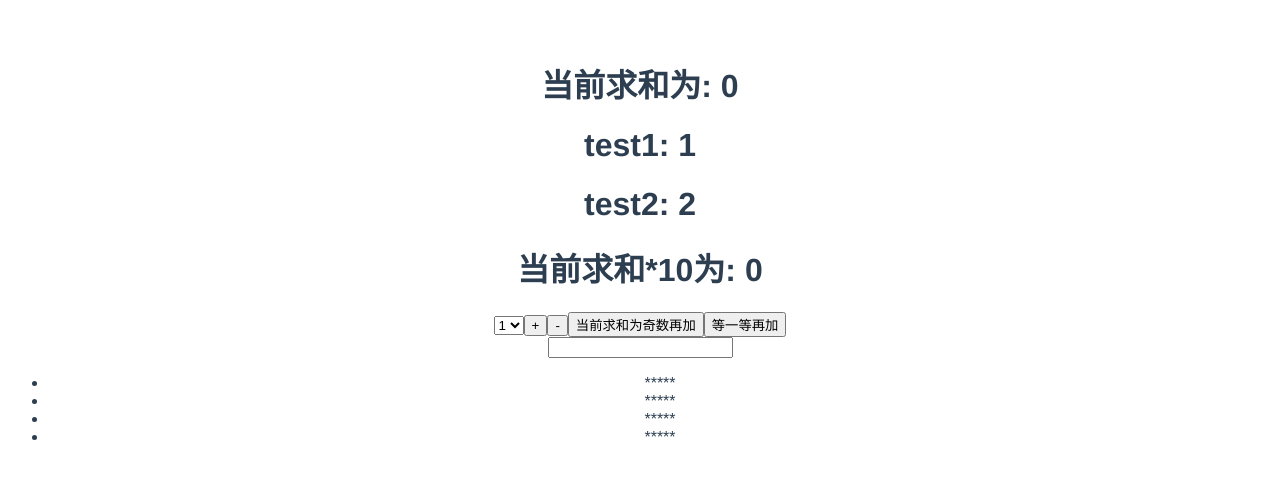
Repository: 319226862/wyy
Page: /#/home/news (app in test/)
The author's editor kept a copy of each file at every save. The page is drawn from the files as they stood at one save, then again after the next save.
The browser window is 1280 px wide. The pictures show the whole page.
The project was rebuilt for these pictures with package versions that can differ from the ones it lists, and the page was loaded fresh each time. Also part of the build but not shown: test/vue.config.js.

Above is the page before, as saved 2023-07-03 15:18:11.

After the next save:
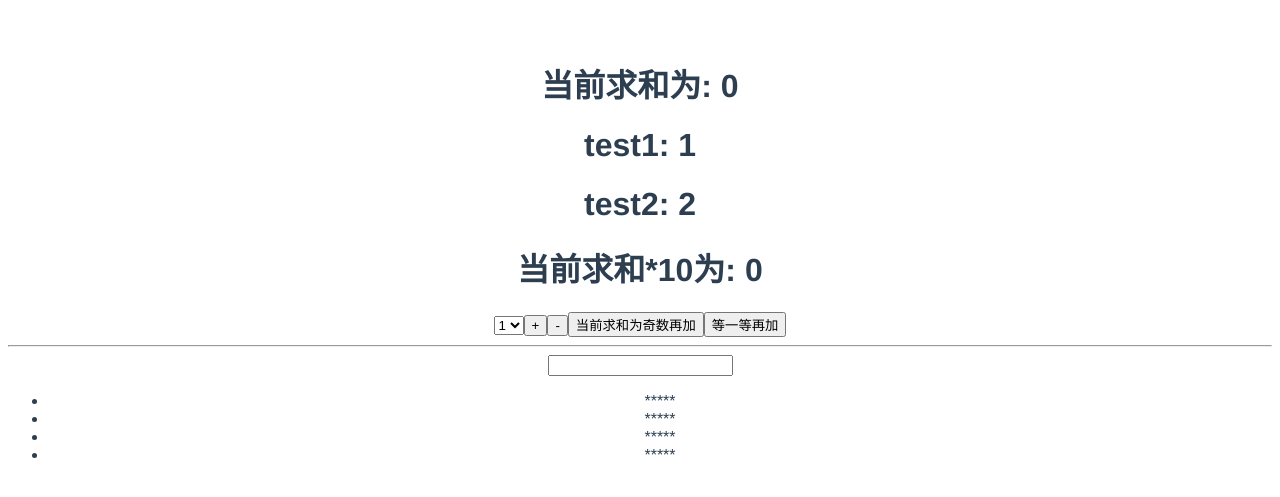
Saved 10 s later.
--- a/test/src/App.vue
+++ b/test/src/App.vue
@@ -39,6 +39,7 @@
 
 
     <Count/>
+    <hr/>
     <Person/>
   </div>
 </template>
